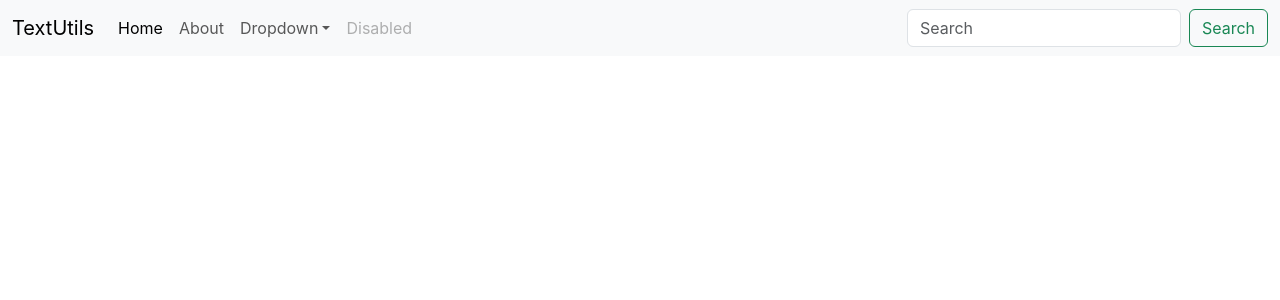
Repository: SujanNagaju/react-demo
Page: /
An editor plug-in stored every save of this project. The page is shown before and after the next save, followed by the edit.
The browser window is 1280 px wide. The pictures show the whole page.
The project was rebuilt for these pictures with package versions that can differ from the ones it lists, and the page was loaded fresh each time. Also part of the build but not shown: src/App.css.

Above is the page before, as saved 2024-12-28 22:53:40.

After the next save:
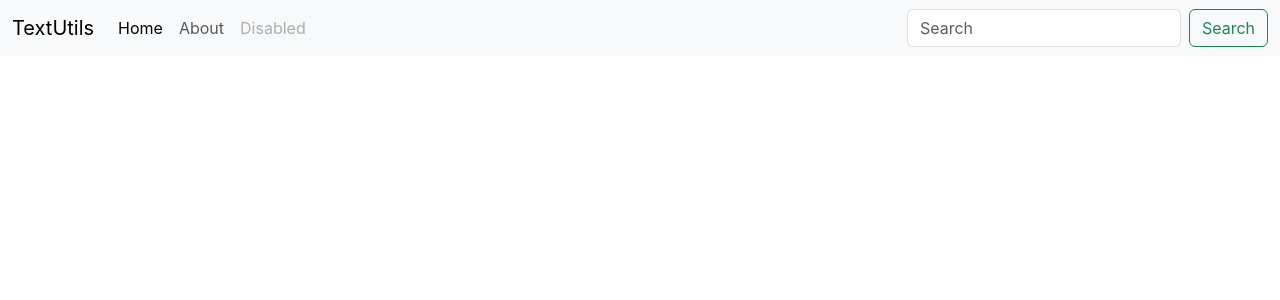
Saved 9 s later.
--- a/src/App.js
+++ b/src/App.js
@@ -18,17 +18,7 @@
         <li className="nav-item">
           <a className="nav-link" href="/">About</a>
         </li>
-        <li className="nav-item dropdown">
-          <a className="nav-link dropdown-toggle" href="/" role="button" data-bs-toggle="dropdown" aria-expanded="false">
-            Dropdown
-          </a>
-          <ul className="dropdown-menu">
-            <li><a className="dropdown-item" href="/">Action</a></li>
-            <li><a className="dropdown-item" href="/">Another action</a></li>
-            <li><hr className="dropdown-divider"/></li>
-            <li><a className="dropdown-item" href="/">Something else here</a></li>
-          </ul>
-        </li>
+
         <li className="nav-item">
           <a className="nav-link disabled" aria-disabled="true" href="/">Disabled</a>
         </li>
